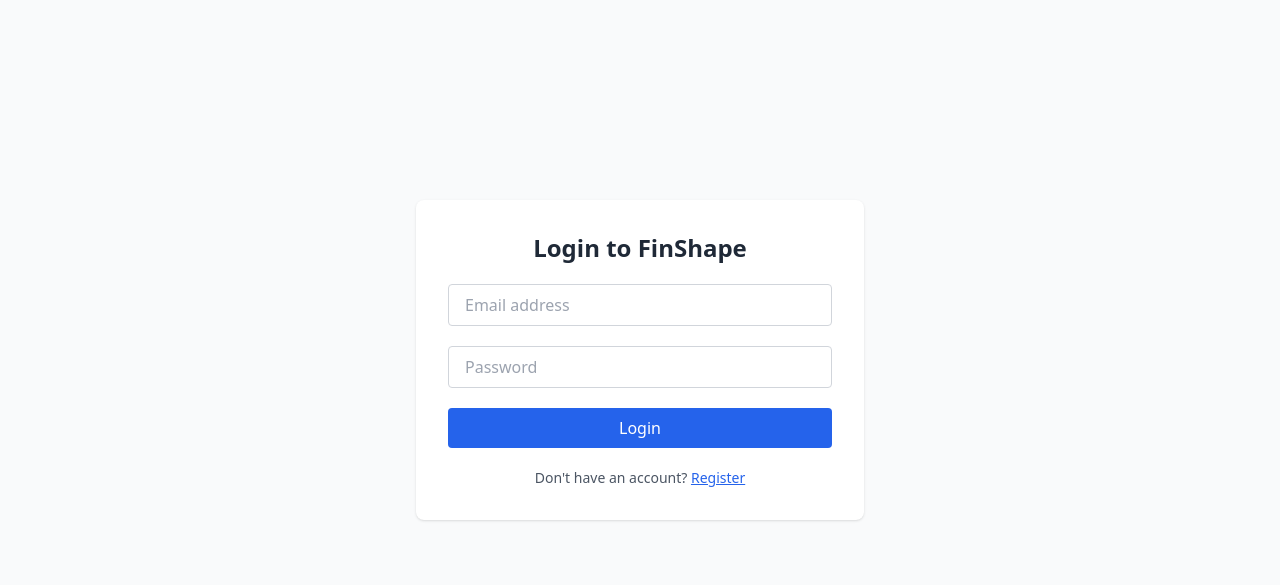
Repository: ruthvik-mt/Trackifi
Page: /login (app in frontend/)
An editor plug-in stored every save of this project. The page is shown before and after the next save, followed by the edit.
The browser window is 1280 px wide. The pictures show the whole page.
The project was rebuilt for these pictures with package versions that can differ from the ones it lists, and the page was loaded fresh each time. Also part of the build but not shown: frontend/vite.config.ts, frontend/src/pages/Auth/Register.tsx, frontend/src/components/Sidebar.tsx, frontend/src/components/Navbar.tsx, frontend/src/pages/Dashboard/Layout.tsx, frontend/src/pages/Dashboard/Dashboard.tsx, frontend/src/pages/Categories/CategoryForm.tsx, frontend/src/api/category.ts and 21 more.

Above is the page before, as saved 2025-07-14 15:52:20.

### frontend/index.html
<!DOCTYPE html>
<html lang="en">
  <head>
    <meta charset="UTF-8" />
    <title>Finance Tracker</title>
  </head>
  <body>
    <div id="root"></div>
    <script type="module" src="/src/main.tsx"></script>
  </body>
</html>

### frontend/src/main.tsx
// import React from "react";
// import ReactDOM from "react-dom/client";
// import App from "./App";
// import "./tailwind.css";

// import { BrowserRouter as Router } from "react-router-dom";
// import { AuthProvider } from "./context/AuthProvider";

// ReactDOM.createRoot(document.getElementById("root")!).render(
//   <React.StrictMode>
//     <Router>
//       <AuthProvider>
//         <App />
//       </AuthProvider>
//     </Router>
//   </React.StrictMode>
// );

import React from "react";
import ReactDOM from "react-dom/client";
import App from "./App";
import "./tailwind.css";
import { AuthProvider } from "./context/AuthProvider";
import { ThemeProvider } from "./context/ThemeProvider"; // ✅ Add ThemeProvider
import { BrowserRouter as Router } from "react-router-dom";

ReactDOM.createRoot(document.getElementById("root")!).render(
  <React.StrictMode>
  <Router>
    <ThemeProvider> {/* ✅ Wrap app with theme context */}
      <AuthProvider>
        <App />
      </AuthProvider>
    </ThemeProvider>
  </Router>
</React.StrictMode>
);

### frontend/src/App.tsx
import { Routes, Route, Navigate } from "react-router-dom";
import Login from "./pages/Auth/Login";
import Register from "./pages/Auth/Register";
import Dashboard from "./pages/Dashboard/Dashboard";
import CategoryList from "./pages/Categories/CategoryList";
import TransactionList from "./pages/Transactions/TransactionList";
import BudgetList from "./pages/Budgets/BudgetList";
import MonthlyTotal from "./pages/Insights/MonthlyTotal";
import CategoryBreakdown from "./pages/Insights/CategoryBreakdown";
import BudgetComparison from "./pages/Insights/BudgetComparison";
import ProtectedRoute from "./components/ProtectedRoute";
import LandingPage from "./pages/LandingPage"; // ✅ Add this import

export default function App() {
  return (
    <Routes>
      {/* Landing Page */}
      <Route path="/" element={<LandingPage />} /> {/* ✅ New route */}

      {/* Auth Routes */}
      <Route path="/login" element={<Login />} />
      <Route path="/register" element={<Register />} />

      {/* Protected Routes */}
      <Route
        path="/dashboard"
        element={
          <ProtectedRoute>
            <Dashboard />
          </ProtectedRoute>
        }
      />
      <Route
        path="/categories"
        element={
          <ProtectedRoute>
            <CategoryList />
          </ProtectedRoute>
        }
      />
      <Route
        path="/transactions"
        element={
          <ProtectedRoute>
            <TransactionList />
          </ProtectedRoute>
        }
      />
      <Route
        path="/budgets"
        element={
          <ProtectedRoute>
            <BudgetList />
          </ProtectedRoute>
        }
      />
      <Route
        path="/insights/monthly-total"
        element={
          <ProtectedRoute>
            <MonthlyTotal />
          </ProtectedRoute>
        }
      />
      <Route
        path="/insights/category-breakdown"
        element={
          <ProtectedRoute>
            <CategoryBreakdown />
          </ProtectedRoute>
        }
      />
      <Route
        path="/insights/budget-comparison"
        element={
          <ProtectedRoute>
            <BudgetComparison />
          </ProtectedRoute>
        }
      />

      {/* Fallback Route */}
      <Route path="*" element={<Navigate to="/" />} /> {/* ✅ Updated from "/login" to "/" */}
    </Routes>
  );
}

### frontend/src/tailwind.css
@tailwind base;
@tailwind components;
@tailwind utilities;

/* Base Theme Variables (Light + Dark) */
@layer base {
  :root {
    --background: 0 0% 100%;
    --foreground: 0 0% 3.9%;

    --card: 0 0% 100%;
    --card-foreground: 0 0% 3.9%;

    --popover: 0 0% 100%;
    --popover-foreground: 0 0% 3.9%;

    --primary: 0 0% 9%;
    --primary-foreground: 0 0% 98%;

    --secondary: 0 0% 96.1%;
    --secondary-foreground: 0 0% 9%;

    --muted: 0 0% 96.1%;
    --muted-foreground: 0 0% 45.1%;

    --accent: 0 0% 96.1%;
    --accent-foreground: 0 0% 9%;

    --destructive: 0 84.2% 60.2%;
    --destructive-foreground: 0 0% 98%;

    --border: 0 0% 89.8%;
    --input: 0 0% 89.8%;
    --ring: 0 0% 3.9%;

    --chart-1: 12 76% 61%;
    --chart-2: 173 58% 39%;
    --chart-3: 197 37% 24%;
    --chart-4: 43 74% 66%;
    --chart-5: 27 87% 67%;

    --radius: 0.5rem;
  }

  .dark {
    --background: 0 0% 3.9%;
    --foreground: 0 0% 98%;

    --card: 0 0% 3.9%;
    --card-foreground: 0 0% 98%;

    --popover: 0 0% 3.9%;
    --popover-foreground: 0 0% 98%;

    --primary: 0 0% 98%;
    --primary-foreground: 0 0% 9%;

    --secondary: 0 0% 14.9%;
    --secondary-foreground: 0 0% 98%;

    --muted: 0 0% 14.9%;
    --muted-foreground: 0 0% 63.9%;

    --accent: 0 0% 14.9%;
    --accent-foreground: 0 0% 98%;

    --destructive: 0 62.8% 30.6%;
    --destructive-foreground: 0 0% 98%;

    --border: 0 0% 14.9%;
    --input: 0 0% 14.9%;
    --ring: 0 0% 83.1%;

    --chart-1: 220 70% 50%;
    --chart-2: 160 60% 45%;
    --chart-3: 30 80% 55%;
    --chart-4: 280 65% 60%;
    --chart-5: 340 75% 55%;
  }
}

/* Global Element Styling */
@layer base {
  * {
    @apply border-border;
  }

  html,
  body {
    @apply bg-background text-foreground antialiased;
    min-height: 100%;
  }

  input,
  select,
  textarea {
    @apply bg-input text-foreground placeholder-muted-foreground border border-border focus:ring-2 ring-ring focus:outline-none rounded px-3 py-2;
  }

  button {
    @apply transition-colors;
  }
}

### frontend/src/context/AuthProvider.tsx
// import { ReactNode, useCallback, useEffect, useState } from "react";
// import { AuthContext } from "./AuthContext";
// import { User } from "@/types/Auth";
// import { getCurrentUser } from "@/api/user";
// import { useNavigate } from "react-router-dom";

// interface Props {
//   children: ReactNode;
// }

// export const AuthProvider = ({ children }: Props) => {
//   const [token, setToken] = useState<string | null>(() =>
//     localStorage.getItem("token")
//   );
//   const [user, setUser] = useState<User | null>(null);
//   const navigate = useNavigate();

//   const logout = useCallback(() => {
//     localStorage.removeItem("token");
//     setToken(null);
//     setUser(null);
//     navigate("/login");
//   }, [navigate]);

//   const fetchUser = useCallback(async () => {
//     try {
//       const userData = await getCurrentUser();
//       setUser(userData);
//     } catch (err) {
//       console.error("Failed to fetch user:", err);
//       logout();
//     }
//   }, [logout]);

//   const login = useCallback(
//     (newToken: string) => {
//       localStorage.setItem("token", newToken);
//       setToken(newToken);
//       fetchUser();
//     },
//     [fetchUser]
//   );

//   useEffect(() => {
//     if (token) {
//       fetchUser();
//     }
//   }, [token, fetchUser]);

//   return (
//     <AuthContext.Provider value={{ token, user, login, logout }}>
//       {children}
//     </AuthContext.Provider>
//   );
// };

import { useState, useEffect } from "react";
import { AuthContext } from "./AuthContext";
import axios from "../axios";

export const AuthProvider = ({ children }: { children: React.ReactNode }) => {
  const [token, setToken] = useState<string | null>(() => localStorage.getItem("token"));

  // Set Authorization header on load (if token exists)
  useEffect(() => {
    if (token) {
      axios.defaults.headers.common["Authorization"] = `Bearer ${token}`;
    }
  }, [token]);

  const login = async (email: string, password: string) => {
    const res = await axios.post("/api/auth/login", { email, password });
    const jwt = res.data.token;

    setToken(jwt);
    localStorage.setItem("token", jwt);
    axios.defaults.headers.common["Authorization"] = `Bearer ${jwt}`; // ✅ set globally
  };

  const logout = () => {
    setToken(null);
    localStorage.removeItem("token");
    delete axios.defaults.headers.common["Authorization"]; // ✅ remove on logout
  };

  return (
    <AuthContext.Provider value={{ token, login, logout }}>
      {children}
    </AuthContext.Provider>
  );
};

### frontend/src/context/ThemeProvider.tsx
// src/context/ThemeContext.tsx
import { createContext, useContext, useEffect, useState } from "react";

type Theme = "light" | "dark" | "system";

interface ThemeContextType {
  theme: Theme;
  setTheme: (theme: Theme) => void;
}

const ThemeContext = createContext<ThemeContextType>({
  theme: "system",
  setTheme: () => {},
});

export const ThemeProvider = ({ children }: { children: React.ReactNode }) => {
  const [theme, setThemeState] = useState<Theme>(() => {
    return (localStorage.getItem("theme") as Theme) || "system";
  });

  const applyTheme = (theme: Theme) => {
    const root = window.document.documentElement;
    const isDark = theme === "dark" || (theme === "system" && window.matchMedia("(prefers-color-scheme: dark)").matches);

    root.classList.toggle("dark", isDark);
  };

  const setTheme = (newTheme: Theme) => {
    setThemeState(newTheme);
    localStorage.setItem("theme", newTheme);
    applyTheme(newTheme);
  };

  useEffect(() => {
    applyTheme(theme);
  }, [theme]);

  return (
    <ThemeContext.Provider value={{ theme, setTheme }}>
      {children}
    </ThemeContext.Provider>
  );
};

export const useTheme = () => useContext(ThemeContext);

### frontend/src/pages/Auth/Login.tsx
import { useState } from "react";
import { Link, useNavigate } from "react-router-dom";
import { useAuth } from "../../hooks/useAuth";
import axios from "axios";

export default function Login() {
  const [email, setEmail] = useState("");
  const [password, setPassword] = useState("");
  const [error, setError] = useState("");
  const navigate = useNavigate();
  const auth = useAuth();

  const handleSubmit = async (e: React.FormEvent) => {
    e.preventDefault();
    setError("");

    try {
      await auth.login(email, password);
      navigate("/dashboard");
    } catch (err) {
      if (axios.isAxiosError(err)) {
        setError(err.response?.data?.message || "Invalid credentials.");
      } else {
        setError("Login failed. Try again.");
      }
    }
  };

  return (
    <div className="min-h-screen flex justify-center items-center bg-gray-50 px-4">
      <form
        onSubmit={handleSubmit}
        className="w-full max-w-md bg-white p-8 rounded-lg shadow space-y-5"
      >
        <h2 className="text-2xl font-bold text-center text-gray-800">Login to FinShape</h2>

  <input
  type="email"
  placeholder="Email address"
  value={email}
  onChange={(e) => setEmail(e.target.value)}
  required
  className="w-full border border-gray-300 rounded px-4 py-2 text-gray-800 placeholder-gray-400 focus:outline-blue-500"
/>

<input
  type="password"
  placeholder="Password"
  value={password}
  onChange={(e) => setPassword(e.target.value)}
  required
  className="w-full border border-gray-300 rounded px-4 py-2 text-gray-800 placeholder-gray-400 focus:outline-blue-500"
/>


        {error && <p className="text-red-500 text-sm text-center">{error}</p>}

        <button
          type="submit"
          className="w-full bg-blue-600 text-white py-2 rounded hover:bg-blue-700"
        >
          Login
        </button>

        <div className="text-center text-sm text-gray-600">
          Don&apos;t have an account?{" "}
          <Link to="/register" className="text-blue-600 font-medium underline">
            Register
          </Link>
        </div>
      </form>
    </div>
  );
}

### frontend/src/context/AuthContext.tsx
// import { createContext } from "react";
// import { User } from "@/types/Auth";

// export interface AuthContextType {
//   token: string | null;
//   user: User | null;
//   login: (token: string) => void;
//   logout: () => void;
// }

// export const AuthContext = createContext<AuthContextType>({
//   token: null,
//   user: null,
//   login: () => {},
//   logout: () => {},
// });

// src/context/AuthContext.ts
import { createContext } from "react";

export interface AuthContextType {
  token: string | null;
  login: (email: string, password: string) => Promise<void>;
  logout: () => void;
}

export const AuthContext = createContext<AuthContextType>(
  {} as AuthContextType // ✅ Safe for use without null-checks
);

### frontend/src/axios.ts
// // src/axios.ts
// import axios from "axios";

// const axiosInstance = axios.create({
//   baseURL: "http://localhost:8080/api",
// });

// axiosInstance.interceptors.request.use((config) => {
//   const token = localStorage.getItem("token");
//   if (token && config.headers) {
//     config.headers.Authorization = `Bearer ${token}`;
//   }
//   return config;
// });

// export default axiosInstance;

// src/axios.ts
// src/axios.ts
import axios from "axios";

const instance = axios.create({
  baseURL: "", // <-- frontend sends /api/... and Vite handles the proxy
  headers: {
    "Content-Type": "application/json",
  },
});

instance.interceptors.request.use((config) => {
  const token = localStorage.getItem("token");
  if (token) {
    config.headers = config.headers || {};
    config.headers["Authorization"] = `Bearer ${token}`;
  }
  return config;
});

export default instance;

### frontend/src/hooks/useAuth.ts
// import { useContext } from "react";
// import { AuthContext } from "@/context/AuthContext";

// export const useAuth = () => useContext(AuthContext);

import { useContext } from "react";
import { AuthContext } from "../context/AuthContext";

export const useAuth = () => {
  const ctx = useContext(AuthContext);
  if (!ctx) throw new Error("useAuth must be used inside <AuthProvider>");
  return ctx;
};

### frontend/tailwind.config.js
/** @type {import('tailwindcss').Config} */
module.exports = {
  darkMode: ["class"],

  content: [
    "./index.html",
    "./src/**/*.{js,ts,jsx,tsx}",
  ],

  theme: {
    container: {
      center: true,
      padding: "1rem",
      screens: {
        sm: "100%",
        md: "768px",
        lg: "1024px",
        xl: "1280px",
      },
    },

    extend: {
      borderRadius: {
        lg: 'var(--radius)',
        md: 'calc(var(--radius) - 2px)',
        sm: 'calc(var(--radius) - 4px)',
      },
      colors: {
        background: 'hsl(var(--background) / <alpha-value>)',
        foreground: 'hsl(var(--foreground) / <alpha-value>)',
        card: {
          DEFAULT: 'hsl(var(--card) / <alpha-value>)',
          foreground: 'hsl(var(--card-foreground) / <alpha-value>)'
        },
        popover: {
          DEFAULT: 'hsl(var(--popover) / <alpha-value>)',
          foreground: 'hsl(var(--popover-foreground) / <alpha-value>)'
        },
        primary: {
          DEFAULT: 'hsl(var(--primary) / <alpha-value>)',
          foreground: 'hsl(var(--primary-foreground) / <alpha-value>)'
        },
        secondary: {
          DEFAULT: 'hsl(var(--secondary) / <alpha-value>)',
          foreground: 'hsl(var(--secondary-foreground) / <alpha-value>)'
        },
        muted: {
          DEFAULT: 'hsl(var(--muted) / <alpha-value>)',
          foreground: 'hsl(var(--muted-foreground) / <alpha-value>)'
        },
        accent: {
          DEFAULT: 'hsl(var(--accent) / <alpha-value>)',
          foreground: 'hsl(var(--accent-foreground) / <alpha-value>)'
        },
        destructive: {
          DEFAULT: 'hsl(var(--destructive) / <alpha-value>)',
          foreground: 'hsl(var(--destructive-foreground) / <alpha-value>)'
        },
        border: 'hsl(var(--border) / <alpha-value>)',
        input: 'hsl(var(--input) / <alpha-value>)',
        ring: 'hsl(var(--ring) / <alpha-value>)',
        chart: {
          '1': 'hsl(var(--chart-1) / <alpha-value>)',
          '2': 'hsl(var(--chart-2) / <alpha-value>)',
          '3': 'hsl(var(--chart-3) / <alpha-value>)',
          '4': 'hsl(var(--chart-4) / <alpha-value>)',
          '5': 'hsl(var(--chart-5) / <alpha-value>)'
        }
      },
      screens: {
        xs: "480px",
        sm: "640px",
        md: "768px",
        lg: "1024px",
        xl: "1280px",
        "2xl": "1536px"
      }
    }
  },

  plugins: [
    require("tailwindcss-animate"),
    require("@tailwindcss/forms"),
    require("@tailwindcss/typography"),
  ],
};

### frontend/src/components/FormInput.tsx
import React from "react";

interface FormInputProps extends React.InputHTMLAttributes<HTMLInputElement> {
  label: string;
  error?: string;
}

const FormInput: React.FC<FormInputProps> = ({ label, error, ...props }) => {
  return (
    <div className="mb-5">
      <label className="block text-sm font-medium text-foreground mb-1">
        {label}
      </label>
      <input
        {...props}
        className={`w-full px-4 py-2 rounded-md bg-input text-foreground placeholder-muted-foreground border ${
          error ? "border-red-500" : "border-border"
        } focus:outline-none focus:ring-2 focus:ring-ring transition`}
      />
      {error && <p className="text-sm text-red-500 mt-1">{error}</p>}
    </div>
  );
};

export default FormInput;

After the next save:
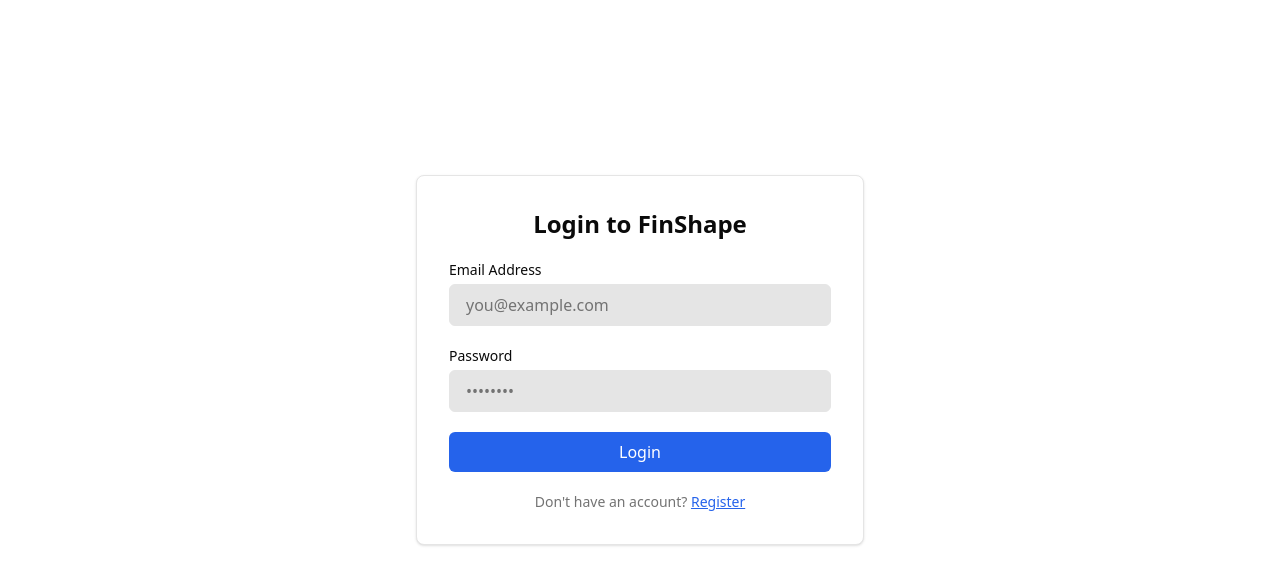
Saved 104 s later.
--- a/frontend/src/pages/Auth/Login.tsx
+++ b/frontend/src/pages/Auth/Login.tsx
@@ -2,6 +2,7 @@
 import { Link, useNavigate } from "react-router-dom";
 import { useAuth } from "../../hooks/useAuth";
 import axios from "axios";
+import FormInput from "../../components/FormInput";
 
 export default function Login() {
   const [email, setEmail] = useState("");
@@ -27,42 +28,41 @@
   };
 
   return (
-    <div className="min-h-screen flex justify-center items-center bg-gray-50 px-4">
+    <div className="min-h-screen flex justify-center items-center bg-background px-4 text-foreground">
       <form
         onSubmit={handleSubmit}
-        className="w-full max-w-md bg-white p-8 rounded-lg shadow space-y-5"
+        className="w-full max-w-md bg-card text-foreground p-8 rounded-lg shadow space-y-5 border border-border"
       >
-        <h2 className="text-2xl font-bold text-center text-gray-800">Login to FinShape</h2>
+        <h2 className="text-2xl font-bold text-center">Login to FinShape</h2>
 
-  <input
-  type="email"
-  placeholder="Email address"
-  value={email}
-  onChange={(e) => setEmail(e.target.value)}
-  required
-  className="w-full border border-gray-300 rounded px-4 py-2 text-gray-800 placeholder-gray-400 focus:outline-blue-500"
-/>
+        <FormInput
+          label="Email Address"
+          type="email"
+          placeholder="you@example.com"
+          value={email}
+          onChange={(e) => setEmail(e.target.value)}
+          required
+        />
 
-<input
-  type="password"
-  placeholder="Password"
-  value={password}
-  onChange={(e) => setPassword(e.target.value)}
-  required
-  className="w-full border border-gray-300 rounded px-4 py-2 text-gray-800 placeholder-gray-400 focus:outline-blue-500"
-/>
-
+        <FormInput
+          label="Password"
+          type="password"
+          placeholder="••••••••"
+          value={password}
+          onChange={(e) => setPassword(e.target.value)}
+          required
+        />
 
         {error && <p className="text-red-500 text-sm text-center">{error}</p>}
 
         <button
           type="submit"
-          className="w-full bg-blue-600 text-white py-2 rounded hover:bg-blue-700"
+          className="w-full bg-blue-600 text-white py-2 rounded-md hover:bg-blue-700 transition"
         >
           Login
         </button>
 
-        <div className="text-center text-sm text-gray-600">
+        <div className="text-center text-sm text-muted-foreground">
           Don&apos;t have an account?{" "}
           <Link to="/register" className="text-blue-600 font-medium underline">
             Register
